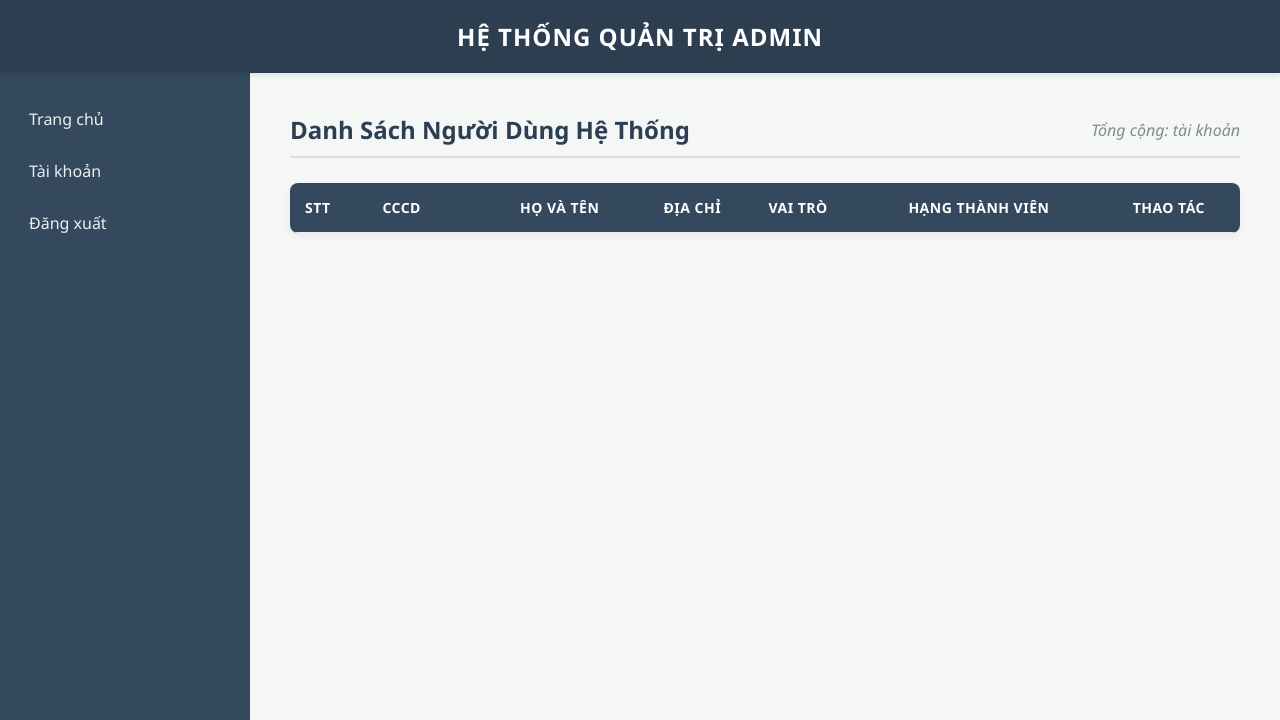
Repository: Chien02/SOAProjects
Page: http://localhost/QuanLyHangHoaWebClient/userManagement.jsp
An editor plug-in stored every save of this project. The page is shown before and after the next save, followed by the edit.
The browser window is 1280 px wide. The pictures show the whole page.
The page is served by Tomcat 9. Nobody is signed in. The application's start-up code is not run. The template is opened directly, without the code that normally fills it, so the values that code supplies are empty.

Above is the page before, as saved 2026-03-24 02:13:06.

After the next save:
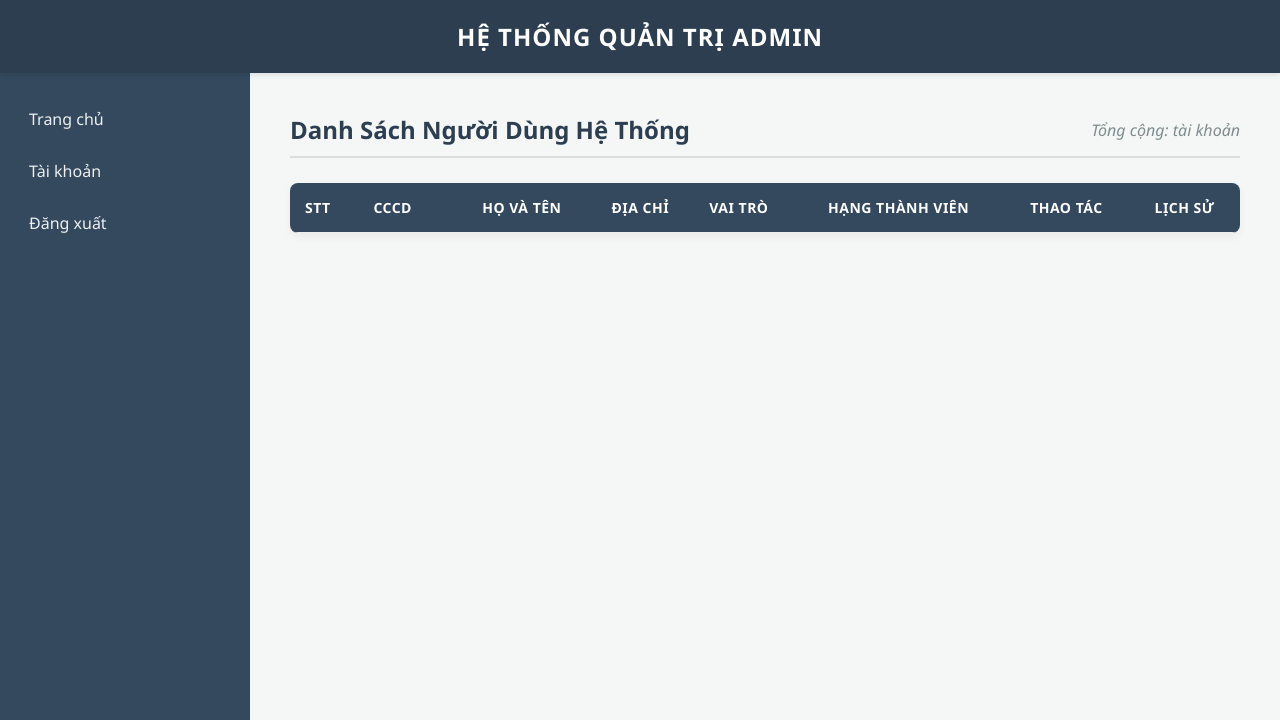
Saved 3 min 28 s later.
--- a/QuanLyHangHoaWebClient/WebContent/userManagement.jsp
+++ b/QuanLyHangHoaWebClient/WebContent/userManagement.jsp
@@ -45,6 +45,7 @@
                     <th style="text-align: center;">Vai Trò</th>
                     <th style="text-align: center;">Hạng Thành Viên</th>
                     <th style="text-align: center;">Thao Tác</th>
+                    <th style="text-align: center;">Lịch Sử</th>
                 </tr>
             </thead>
             <tbody>
